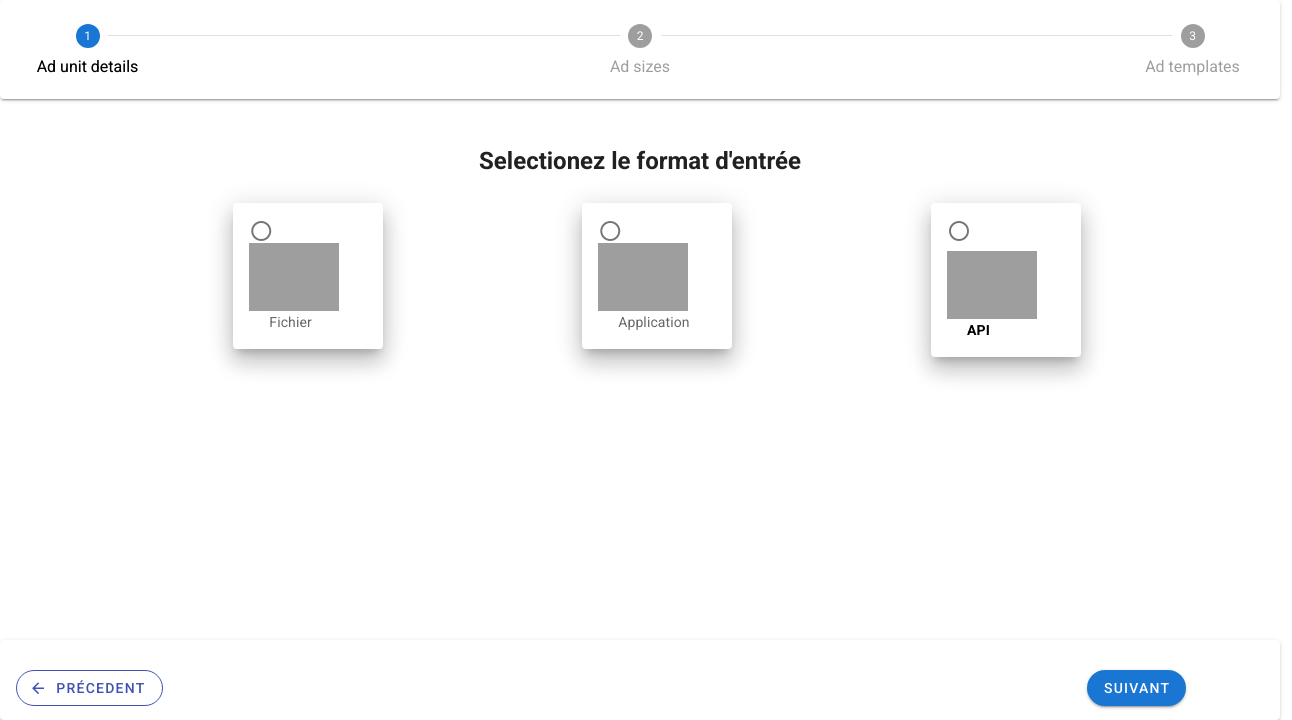
Repository: SidneyHodieb/myc
Page: /addsource/format
An editor plug-in stored every save of this project. The page is shown before and after the next save, followed by the edit.
The browser window is 1280 px wide. The page is 1292 px wide, so the pictures cover 1292 px, including what lies to the right of the window. The pictures show the whole page.
Pictures or frames that could not be fetched are drawn as grey boxes. The project was rebuilt for these pictures with package versions that can differ from the ones it lists, and the page was loaded fresh each time. Also part of the build but not shown: vue.config.js, src/views/Home.vue, src/views/addSource/components/card.vue, src/views/addSource/components/trigger.vue.

Above is the page before, as saved 2021-04-04 13:55:30.

### src/App.vue
<template>
  <v-app>
    <v-main>
      <router-view></router-view>
    </v-main>
  </v-app>
</template>

<script>

export default {
  name: 'App',
  data: () => ({
    //
  }),
};
</script>

### src/router/index.js
import Vue from 'vue'
import VueRouter from 'vue-router'
import Home from '../views/Home.vue'
import addSource from '../views/addSource/column'
import format from '../views/addSource/components/format'
import card from '../views/addSource/components/card'
import trigger from '../views/addSource/components/trigger'

Vue.use(VueRouter)

const routes = [
  {
    path: '/',
    name: 'Home',
    component: Home
  },
  {
    path: '/addsource',
    name: 'addSource',
    component: addSource,
    children: [
      {
        path: 'format',
        component: format
      },
      {
        path: 'card',
        component: card
      },
      {
        path: 'trigger',
        component: trigger
      }
    ]
  },
  {
    path: '/about',
    name: 'About',
    // route level code-splitting
    // this generates a separate chunk (about.[hash].js) for this route
    // which is lazy-loaded when the route is visited.
    component: function () {
      return import(/* webpackChunkName: "about" */ '../views/About.vue')
    }
  }
]

const router = new VueRouter({
  mode: 'history',
  base: process.env.BASE_URL,
  routes
})

export default router

### src/views/addSource/column.vue
<template>
  <div>
    <!-- Header -->
      <v-stepper alt-labels>
          <v-stepper-header>
            <v-stepper-step step="1">
              Ad unit details
            </v-stepper-step>

            <v-divider></v-divider>

            <v-stepper-step step="2">
              Ad sizes
            </v-stepper-step>

            <v-divider></v-divider>

            <v-stepper-step step="3">
              Ad templates
            </v-stepper-step>
          </v-stepper-header>
        </v-stepper>

        <!-- Content -->
        <router-view></router-view>
        <!--Footer  -->

<v-card class="card-bottom">

    <v-row>
       <v-col>
       <v-btn
       class="ml-4"
      rounded
      outlined
      color="indigo"
    >
     <v-icon left>
        mdi-arrow-left
      </v-icon>
      Précedent
    </v-btn>
       </v-col>

  <v-col offset-md="8" offset-sm="8">
      <v-btn
      rounded
      color="primary"
      dark
    >
      Suivant
    </v-btn>
      </v-col>
      </v-row>
    </v-card>

  </div>
</template>

<script>
export default {

}
</script>

<style lang="scss" scoped>

.card-bottom{
  position: absolute;bottom: 0;width:100%; height: 50px; padding-bottom:50px; padding-top:30px
}

</style>

### src/views/addSource/components/format.vue
<template>
  <v-container fluid grid-list-md>
    <v-radio-group row>
      <v-col md="12" sm="12" class="text-center">
        <h2>Selectionez le format d'entrée</h2>
      </v-col>
      <v-col offset-md="2">
        <v-card elevation="14" width="150">
          <v-card-text>
            <v-radio
                color="blue"
                value="file"
              ></v-radio>
            <div>
          <v-img
           width="90"
            src="https://www.flaticon.com/svg/vstatic/svg/786/786788.svg?token=exp=1617473650~hmac=f02174a0ee444bdd71a855da4ad95c3d"
        ></v-img>
        <span class="textCard text--secondary">Fichier</span>
        </div>
         </v-card-text>
        </v-card>
      </v-col>
      <v-col>
        <v-card elevation="14" width="150">
          <v-card-text>
            <v-radio
                color="red"
                value="app"
              ></v-radio>
          <v-img
           width="90"
            src="https://www.flaticon.com/svg/vstatic/svg/2306/2306016.svg?token=exp=1617475854~hmac=35e4e709fb9fa1338bb7b9cd5032613a"
        ></v-img>
         <span class="textCard text--secondary">Application</span>
         </v-card-text>
        </v-card>
      </v-col>
      <v-col>
        <v-card elevation="14" width="150">
           <v-card-text>
             <v-radio
                color="green"
                value="api"
                class="mb-2"
              ></v-radio>
          <v-img
           width="90"
            src="https://www.flaticon.com/svg/vstatic/svg/994/994152.svg?token=exp=1617476036~hmac=b132b4a2ee4139281536cfde68b7345e"
        ></v-img>
         <span class="textCard font-weight-bold">API</span>
         </v-card-text>
        </v-card>
      </v-col>
    </v-radio-group>
  </v-container>
</template>

<script>
export default {
  data () {
      return {
        checkbox: true,
      }
    },
}
</script>

<style lang="scss" scoped>

.checkbox-round {
    width: 1.3em;
    height: 1.3em;
    background-color: white;
    border-radius: 50%;
    vertical-align: middle;
    border: 1px solid #ddd;
    -webkit-appearance: none;
    outline: none;
    cursor: pointer;
};

.textCard{
    color:black;
    margin-left:20px;
    margin-top:10px
}

</style>

Loaded but not shown: public/index.html (common file); src/main.js (common file); src/store/index.js (common file); src/plugins/vuetify.js (common file)

After the next save:
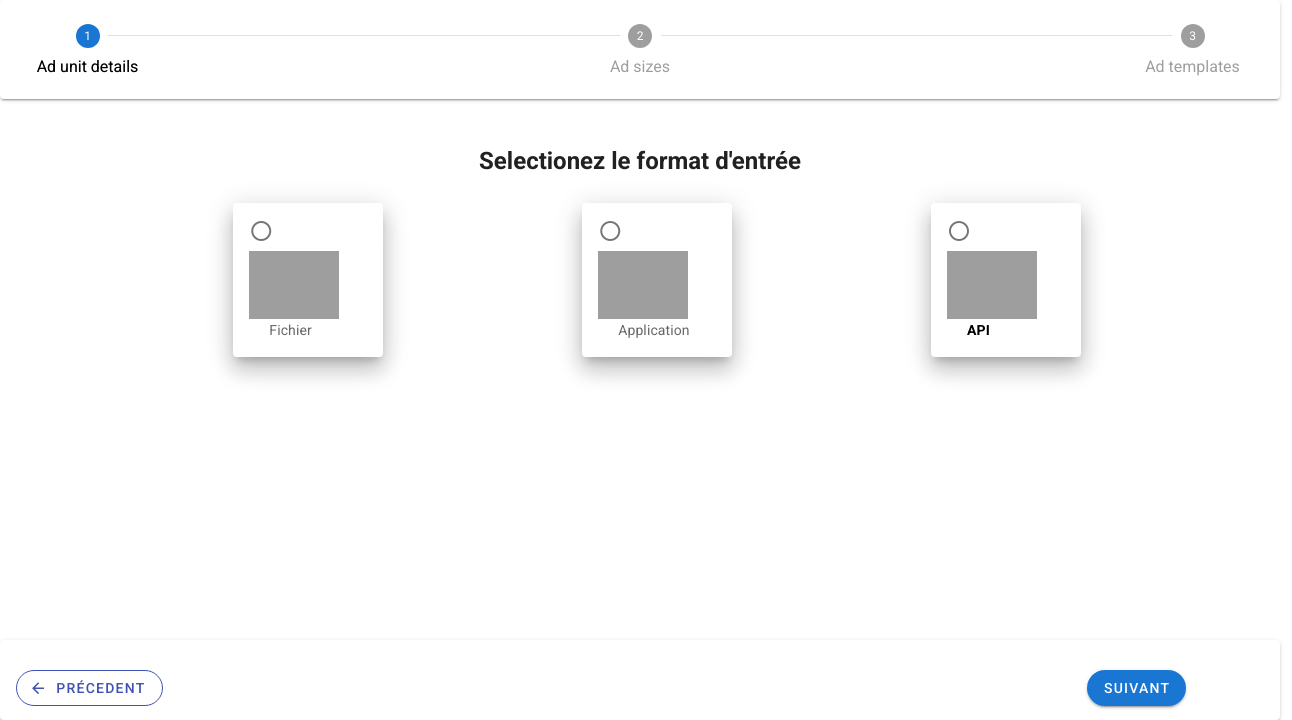
Saved 16 s later.
--- a/src/views/addSource/components/format.vue
+++ b/src/views/addSource/components/format.vue
@@ -10,6 +10,7 @@
             <v-radio
                 color="blue"
                 value="file"
+                class="mb-2"
               ></v-radio>
             <div>
           <v-img
@@ -27,6 +28,7 @@
             <v-radio
                 color="red"
                 value="app"
+                class="mb-2"
               ></v-radio>
           <v-img
            width="90"
